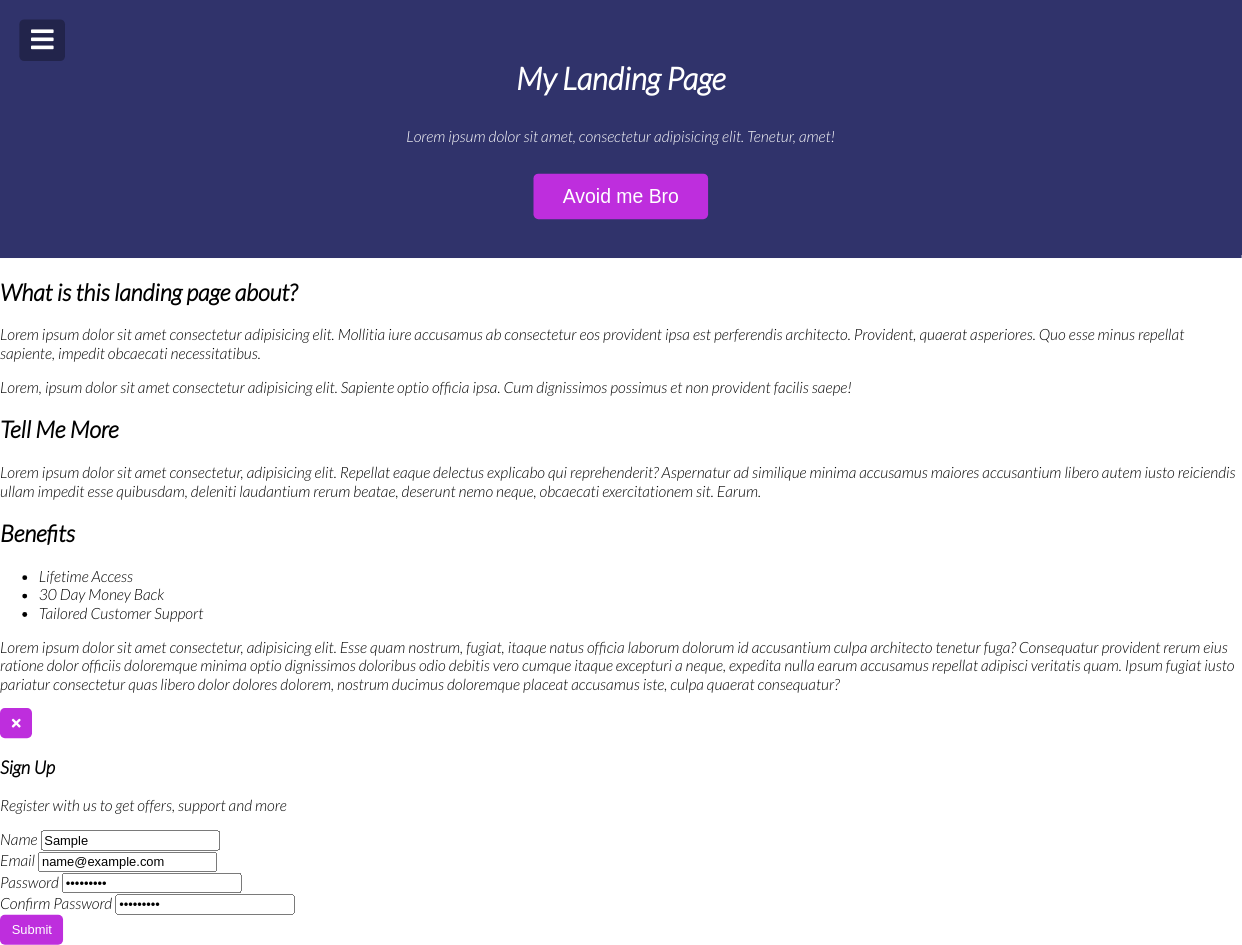
Repository: CAMPSLOPY/MenuSliderWithLandingPage
Page: index.html
An editor plug-in stored every save of this project. The page is shown before and after a run of saves, followed by the edit.
The browser window is 1280 px wide. The pictures show the whole page, at 97% of full size.
Empty fields were first filled with sample values (such as "Sample", 5 or name@example.com).
After loading, the first visible `#open` was clicked once.
Some web libraries are served in a nearby version.

Above is the page before, as saved 2021-01-21 15:23:43.

After the next 4 saves:
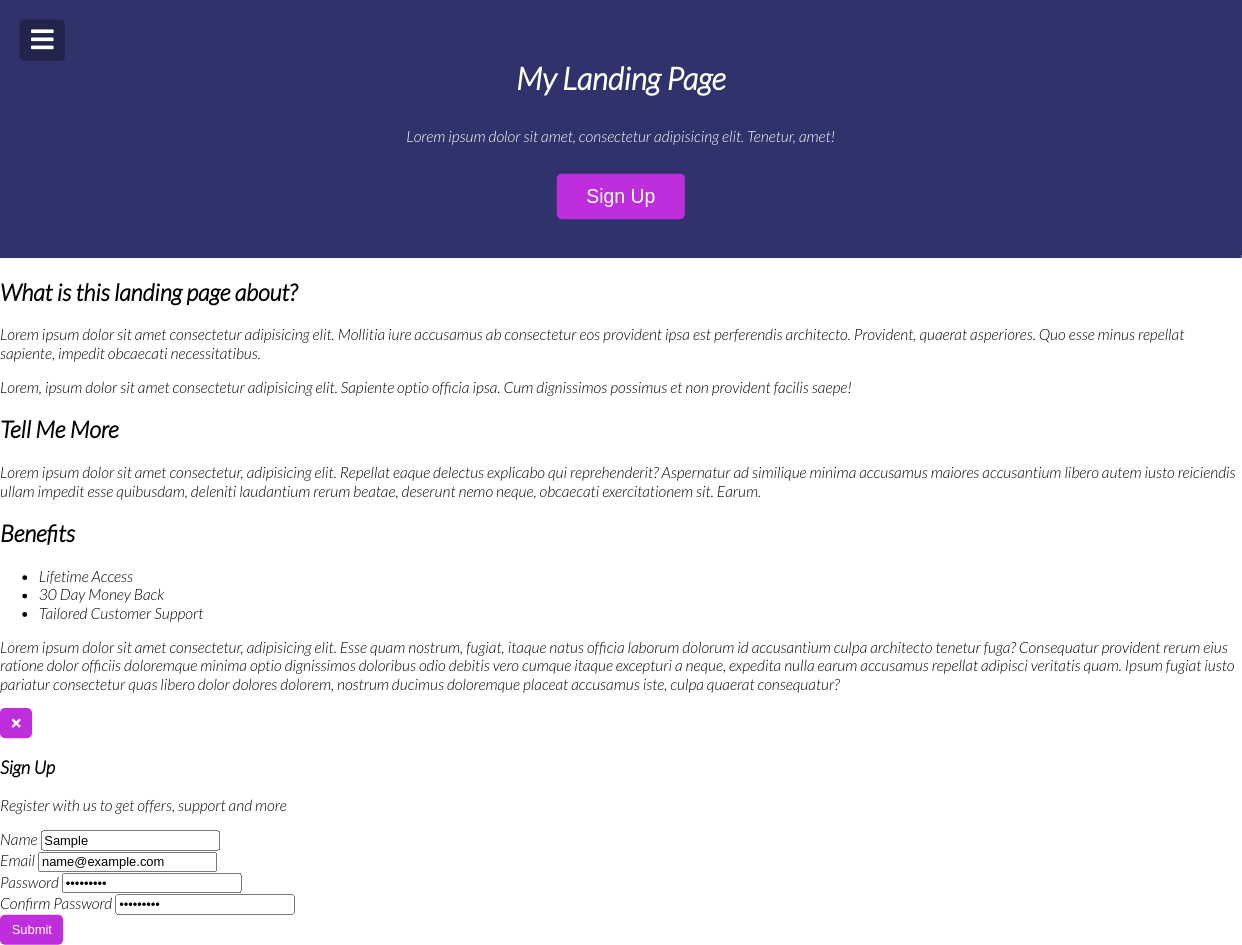
Console error: TypeError: Failed to execute 'contains' on 'Node': parameter 1 is not of type 'Node'.
The 4 saves are shown as one change because they came seconds apart.
The last was saved 10 s later.
--- a/app.js
+++ b/app.js
@@ -4,7 +4,7 @@ ctaBtn.addEventListener("click", touchMe);
 
 function touchMe(e) {
   const meBtn = e.target;
-  if (e.target) {
+  if (e.target.contains('')) {
     meBtn.innerHTML = "Avoid me Bro";
   } else {
     meBtn.innerTextContent = "Sign Up";
